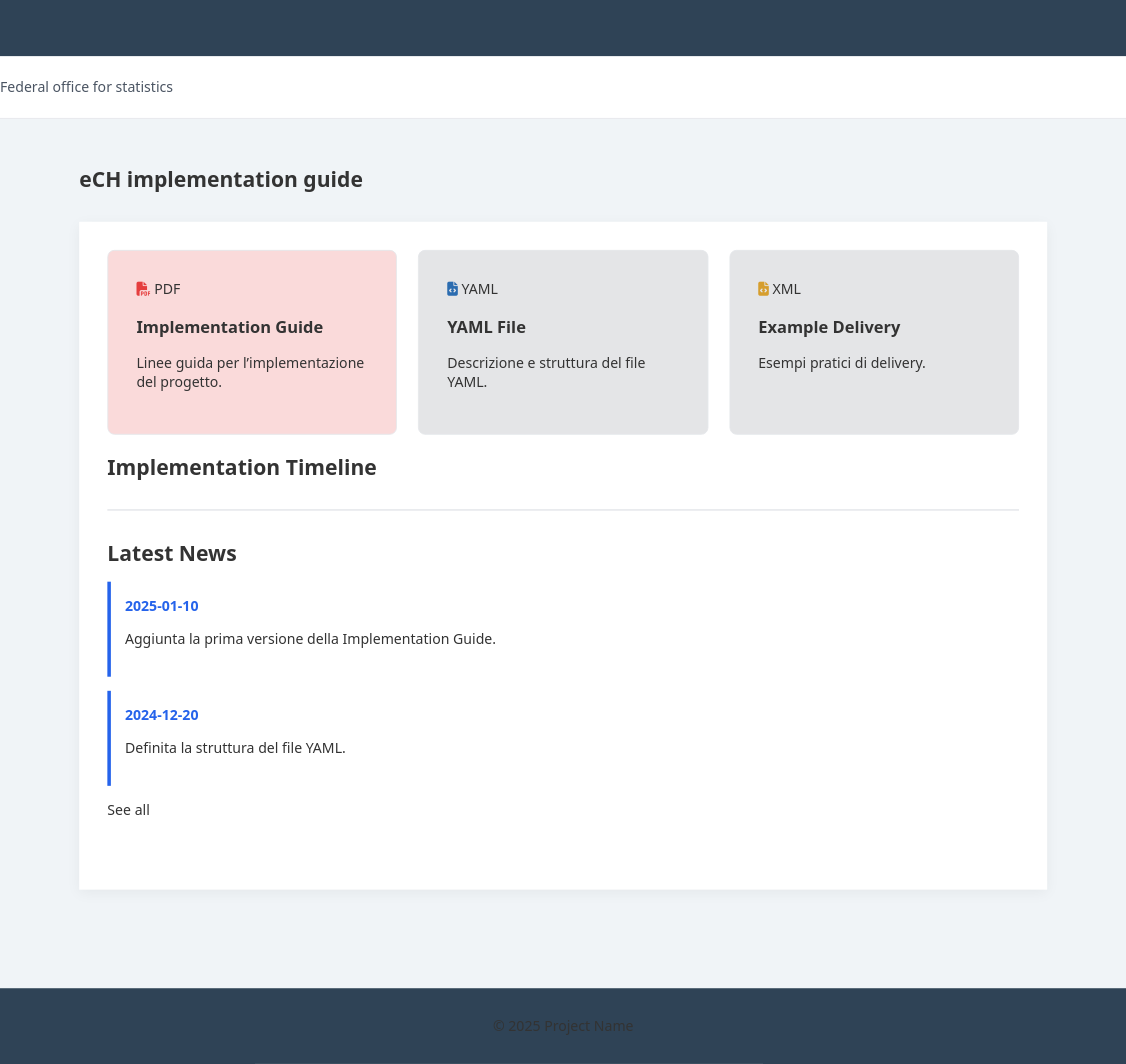
Repository: bfspoku/ech-0252-docs
Page: index.html
An editor plug-in stored every save of this project. The page is shown before and after the next save, followed by the edit.
The browser window is 1280 px wide. The pictures show the whole page, at 88% of full size.

Above is the page before, as saved 2025-12-16 16:48:30.

### index.html
<!-- LINK FOR FONTS -->
<link rel="preconnect" href="https://fonts.googleapis.com">
<link rel="preconnect" href="https://fonts.gstatic.com" crossorigin>
<link href="https://fonts.googleapis.com/css2?family=Noto+Sans:ital,wght@0,400;0,600;0,700;1,400&display=swap" rel="stylesheet">
<!-- LINK FOR SVG -->
<link rel="stylesheet" href="https://cdnjs.cloudflare.com/ajax/libs/font-awesome/6.5.0/css/all.min.css">

<!DOCTYPE html>
<html lang="it">
<head>
  <meta charset="UTF-8">
  <title>eCH implementation guide</title>
  <link rel="stylesheet" href="css/style.css">
</head>
<body>

<header>

</header>

<section class="sub-banner">
      <p>Federal office for statistics</p>
</section>


<main>
    <h2>eCH implementation guide</h2>
    <section class = "wrapper">

        <!-- CARDS -->
        <section class="cards">
            <a class="card" href="implementation-guide.html" style="background-color: #e53e3e30;">
            <i class="fas fa-file-pdf" style="color:#E53E3E;"></i> PDF
            <h3>Implementation Guide</h3>
            <p>Linee guida per l’implementazione del progetto.</p>
            </a>

            <a class="card" href="yaml-file.html">
            <i class="fas fa-file-code" style="color:#2B6CB0;"></i> YAML
            <h3>YAML File</h3>
            <p>Descrizione e struttura del file YAML.</p>
            </a>

            <a class="card" href="example-delivery.html">
            <i class="fas fa-file-code" style="color:#D69E2E;"></i> XML
            <h3>Example Delivery</h3>
            <p>Esempi pratici di delivery.</p>
            </a>
        </section>

        <!-- INFORMATION -->
        <section class="information">

            <h2> Implementation Timeline<h2>

            <div class="divider"></div>

            <h2>Latest News</h2>

            <ul class="updates">
            <li>
                <span class="date">2025-01-10</span>
                <p>Aggiunta la prima versione della Implementation Guide.</p>
            </li>
            <li>
                <span class="date">2024-12-20</span>
                <p>Definita la struttura del file YAML.</p>
            </li>
            </ul>
            <p>See all</p>
        </section>

    </section>

</main>

<footer>
  <p>© 2025 Project Name</p>
</footer>

</body>
</html>

### css/style.css
body {
    font-family: 'Noto Sans', system-ui, -apple-system, BlinkMacSystemFont,
    'Segoe UI', Roboto, Ubuntu, Cantarell, 'Helvetica Neue',
    Arial, sans-serif;
    margin: 0;
    background: #f0f4f7;
    color: #333;
  }

  header {
    background: #2f4356;
    color: white;
    padding: 2rem;
  }

  /* SUB-BANNER */
  .sub-banner {
    background-color: white;   /* bianco puro */
    padding: 1.5rem 0;         /* verticale */
    border-bottom: 1px solid #e5e7eb; /* linea di separazione */
  }

  .sub-banner h2 {
    margin: 0 0 0.5rem 0;
    font-weight: 600;
    color: #111827;
  }

  .sub-banner p {
    margin: 0;
    color: #4b5563;
    font-size: 16px;
  }

  main {
    padding: 2rem;
    max-width: 1100px;
    margin: auto;
  }

  h1, h2 {
    margin-bottom: 1rem;
  }

  .divider {
    width: 100%;             /* prende tutta la larghezza della wrapper o del container */
    height: 1px;             /* spessore della linea */
    background: #d1d5db;
    margin: 2rem 0;          /* spazio sopra e sotto */
    border: none;
  }

  /* Main wrapper for all the pages */
  .wrapper {
    max-width: 1100px;      /* larghezza massima */
    margin: 2rem auto;      /* centrato orizzontalmente, margine verticale */
    padding: 2rem;          /* spazio interno */
    background-color: #ffffff;  /* bianco-beige chiaro */
    box-shadow: 0 4px 15px rgba(0,0,0,0.05); /* leggero effetto profondità */
  }

  /* INFORMATION */
  .information {
    margin-bottom: 3rem;
  }

  .updates {
    list-style: none;
    padding: 0;
  }

  .updates li {
    background: white;
    padding: 1rem;
    border-left: 4px solid #2563eb;
    margin-bottom: 1rem;
  }

  .date {
    font-weight: bold;
    color: #2563eb;
  }

  /* CARDS */
  .cards {
    display: grid;
    grid-template-columns: repeat(auto-fit, minmax(250px, 1fr));
    gap: 1.5rem;
  }

  .card {
    background: #e4e5e7;
    padding: 2rem;
    text-decoration: none;
    color: inherit;
    border: 1px solid #e5e7eb;
    border-radius: 8px;
    transition: transform 0.2s, box-shadow 0.2s;
  }

  .card:hover {
    transform: translateY(-5px);
    box-shadow: 0 10px 20px rgba(0,0,0,0.1);
  }

  footer {
    text-align: center;
    padding: 1rem;
    background: #2f4356;
    margin-top: 3rem;
  }

After the next save:
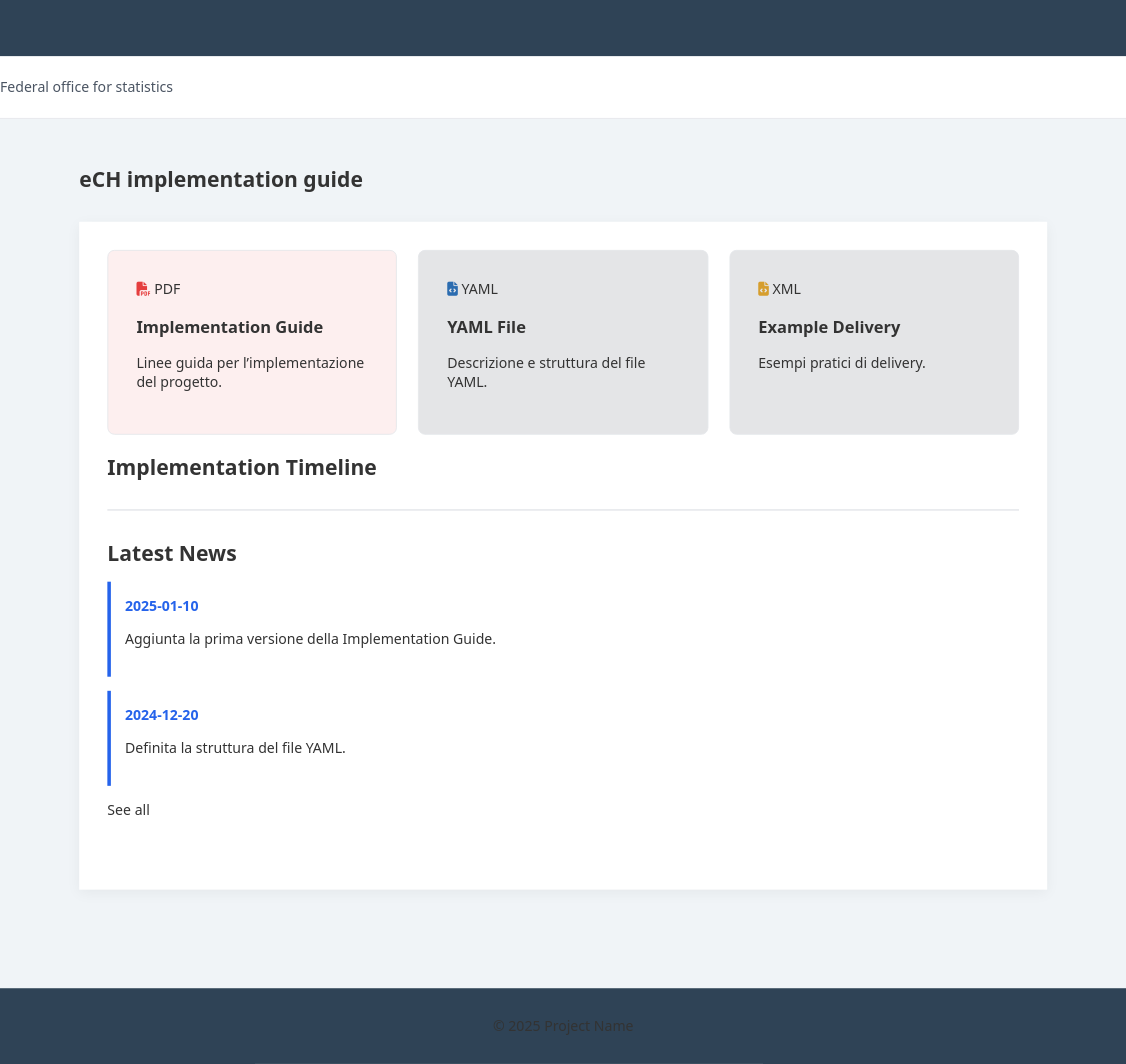
Saved 9 s later.
--- a/index.html
+++ b/index.html
@@ -29,7 +29,7 @@
 
         <!-- CARDS -->
         <section class="cards">
-            <a class="card" href="implementation-guide.html" style="background-color: #e53e3e30;">
+            <a class="card" href="implementation-guide.html" style="background-color: #e53e3e15;">
             <i class="fas fa-file-pdf" style="color:#E53E3E;"></i> PDF
             <h3>Implementation Guide</h3>
             <p>Linee guida per l’implementazione del progetto.</p>
